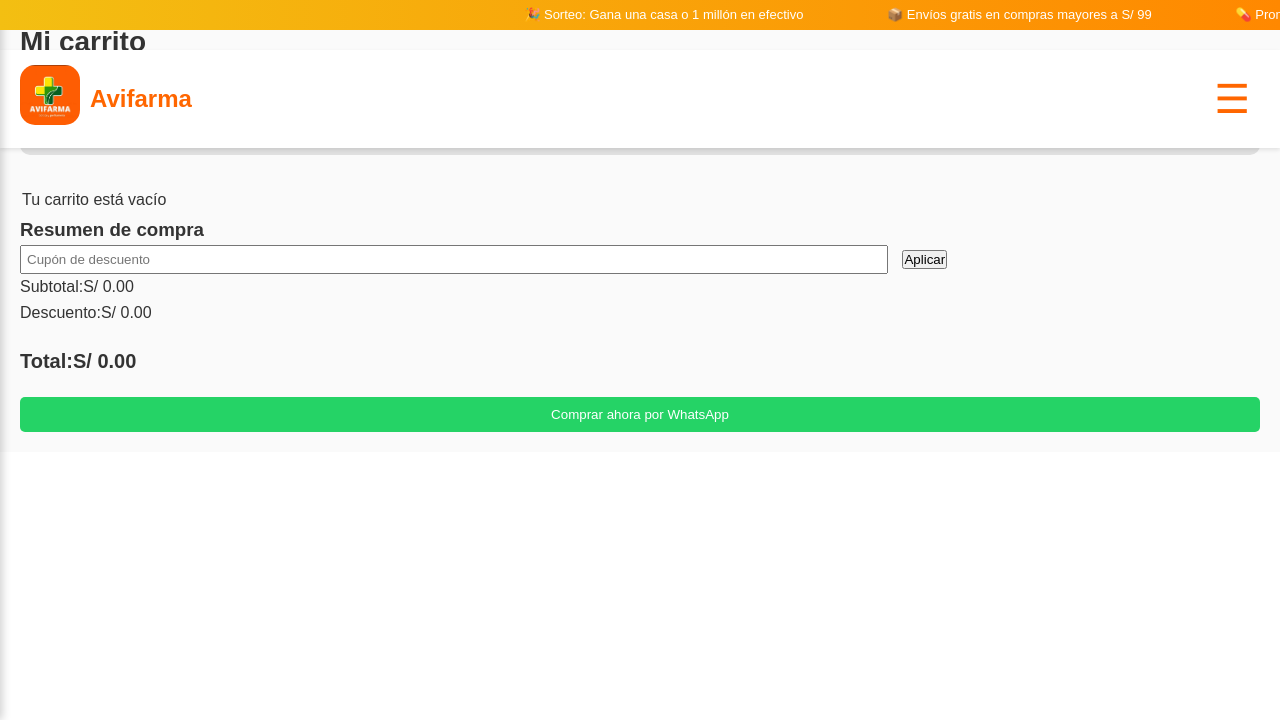
Repository: AVH75/avifarma-tienda
Page: carrito.html
These files come from the project's save history. The page is drawn as it stood at one moment and after the next save; the edit follows.
The browser window is 1280 px wide. The pictures show the whole page.

Above is the page before, as saved 2025-09-11 05:32:39.
Console error: TypeError: Cannot read properties of null (reading 'classList')

### carrito.html
<!DOCTYPE html>
<html lang="es">
<head>
  <meta charset="UTF-8"> <!-- Define la codificación de caracteres como UTF-8, para soportar caracteres especiales -->
  <meta name="viewport" content="width=device-width, initial-scale=1.0"> <!-- Hace que la página sea responsiva -->
  <title>Carrito - Avifarma</title> <!-- Título de la página, que se muestra en la pestaña del navegador -->

  <!-- Estilos -->
  <link rel="stylesheet" href="css/style.css?v=1.7">   <!-- Estilos generales para la página -->
  <link rel="stylesheet" href="css/carrito.css?v=1.7">   <!-- Estilos específicos para la página del carrito -->
</head>
<body class="carrito-page"> <!-- La clase "carrito-page" se aplica aquí para aplicar estilos específicos solo en el carrito -->

  <!-- Barra de promociones fija -->
  <div class="promo-bar">
    <div class="marquee"> <!-- Utiliza el efecto de desplazamiento para las promociones -->
      <span>🎉 Sorteo: Gana una casa o 1 millón en efectivo</span>
      <span>📦 Envíos gratis en compras mayores a S/ 99</span>
      <span>💊 Promoción válida hasta el 14 de septiembre</span>
    </div>
  </div>

  <!-- Encabezado (header) con logo y menú -->
  <header class="header sticky" role="banner">
    <div class="main-header">
      <!-- Logo de la tienda -->
      <div class="logo">
        <a href="index.html">
          <img src="img/logo/logo.jpeg" alt="Avifarma Logo" width="50" height="50" loading="lazy"> <!-- Logo -->
        </a>
        <h1>Avifarma</h1> <!-- Nombre de la tienda -->
      </div>
      <!-- Menú de navegación -->
      <button class="menu-toggle" id="menu-toggle" aria-label="Abrir menú de navegación" aria-controls="nav" aria-expanded="false">
        ☰ <!-- Ícono del menú hamburguesa (aparece en móviles) -->
      </button>
      <nav id="nav" class="nav" role="navigation">
        <ul>
          <li><a href="index.html">Inicio</a></li>
          <li><a href="catalogo.html">Catálogo</a></li>
          <li><a href="servicios.html">Servicios</a></li>
          <li><a href="contacto.html">Contacto</a></li>
        </ul>
      </nav>
      <!-- Overlay del menú (aparece cuando el menú está abierto) -->
      <div id="overlay-menu" class="overlay"></div>
    </div>
  </header>

  <!-- Sección principal del carrito -->
  <section class="carrito-container">
    <h2>Mi carrito</h2> <!-- Título de la página del carrito -->

    <!-- Barra de progreso para el envío gratis -->
    <div class="progress-bar">
      <span>Agrega S/ 65.00 en productos y obtén envío gratis</span>
      <div class="progress">
        <div class="progress-fill" id="barra-progreso" style="width: 0%"></div> <!-- Barra de progreso que cambia con el total del carrito -->
      </div>
    </div>

    <!-- Tabla donde se mostrarán los productos del carrito -->
    <table id="tabla-carrito">
      <thead>
        <!-- Los encabezados de la tabla serán generados dinámicamente con JavaScript -->
      </thead>
      <tbody id="carrito-items">
        <!-- Aquí se agregarán los productos desde JavaScript -->
      </tbody>
    </table>

    <!-- Resumen de la compra -->
    <div class="resumen">
      <h3>Resumen de compra</h3>
      <input type="text" id="descuento" placeholder="Cupón de descuento"> <!-- Campo para ingresar un cupón de descuento -->
      <button id="aplicar-cupon">Aplicar</button> <!-- Botón para aplicar el cupón -->
      <div class="linea">
        <span>Subtotal:</span><span id="subtotal">S/ 0.00</span> <!-- Muestra el subtotal del carrito -->
      </div>
      <div class="linea">
        <span>Descuento:</span><span id="descuento-valor">S/ 0.00</span> <!-- Muestra el descuento aplicado -->
      </div>
      <div class="total">
        <span>Total:</span><span id="total">S/ 0.00</span> <!-- Muestra el total final -->
      </div>
      <div>
        <button id="btn-whatsapp" class="btn-pagar">Comprar ahora por WhatsApp</button> <!-- Botón para realizar la compra a través de WhatsApp -->
      </div>
    </div>
  </section>

  <!-- Mensaje emergente (Toast) que muestra el estado de los productos en el carrito -->
  <div id="mensajeCarrito" class="mensaje-toast"></div>

  <!-- Scripts -->
  <script src="js/carrito.js?v=1.7" defer></script> <!-- JavaScript para manejar el carrito -->
  <script src="js/menu.js?v=1.7" defer></script> <!-- JavaScript para manejar el menú -->

</body>
</html>

### css/carrito.css
/* ========================================
   Reset de estilos generales
   ======================================== */
* {
    margin: 0;
    padding: 0;
    box-sizing: border-box;
}

body {
    font-family: Arial, sans-serif;
    background-color: #fff;
    color: #333;
}

.carrito-page {
    display: flex;
    flex-direction: column;
    height: 100vh;
}

/* ========================================
   Estilos para el Header
   ======================================== */

/* Franja superior */
.promo-bar {
    background-color: #FF6600;
    color: white;
    text-align: center;
    padding: 10px 0;
}

.top-bar {
    background-color: #f06305;
    padding: 10px 20px;
    text-align: right;
    font-size: 14px;
}

.top-bar a {
    color: #FF6600;
    text-decoration: none;
    font-weight: bold;
}

/* ========================================
   Estilos para el menú lateral
   ======================================== */

/* Menú lateral visible en pantallas grandes */
#nav {
    position: fixed;
    top: 0;
    left: -250px;
    width: 250px;
    height: 100vh;
    background-color: #FF6600;
    box-shadow: 2px 0 10px rgba(0, 0, 0, 0.2);
    transition: left 0.3s ease-in-out;
    z-index: 1000;
}

#nav ul {
    display: flex;
    list-style-type: none;
    flex-direction: column;
    padding: 0;
}

#nav ul li {
    margin-bottom: 20px;
}

#nav ul li a {
    text-decoration: none;
    color: #333;
    font-size: 18px;
    font-weight: bold;
    padding: 15px 20px;
    display: block;
}

#nav ul li a:hover {
    background-color: #FF6600;
    color: white;
    border-radius: 5px;
}

/* Menú móvil */
.overlay {
    position: fixed;
    top: 0;
    left: 0;
    width: 100%;
    height: 100%;
    background-color: rgba(0, 0, 0, 0.4);
    display: none;
    z-index: 1000;
}

#nav.activo {
    left: 0;
}

/* ========================================
   Barra de progreso
   ======================================== */
.progress-bar {
    background-color: #e0e0e0;
    border-radius: 10px;
    padding: 10px;
    margin-bottom: 30px;
}

.progress-bar span {
    font-size: 14px;
    margin-bottom: 5px;
}

.progress {
    background-color: #FF6600;
    height: 15px;
    border-radius: 5px;
    margin-top: 10px;
}

.progress-fill {
    background-color: #fff;
    height: 100%;
    width: 0%;
    border-radius: 5px;
}

/* ========================================
   Estilo para el carrito
   ======================================== */
.carrito-container {
    display: flex;
    flex-direction: column;
    padding: 20px;
    background-color: #fafafa;
}

h2 {
    font-size: 28px;
    margin-bottom: 20px;
}

.carrito-layout {
    display: flex;
    justify-content: space-between;
    gap: 30px;
}

/* Carrito de productos */
.carrito-items {
    flex: 1;
    max-height: 400px;
    overflow-y: auto;
}

/* Producto */
.producto {
    display: flex;
    align-items: center;
    margin-bottom: 20px;
    border-bottom: 1px solid #ddd;
    padding-bottom: 20px;
    gap: 20px;
}

.producto img {
    width: 120px;
    height: 120px;
    margin-right: 20px;
    object-fit: contain;
}

.descripcion p {
    margin: 0;
    font-size: 14px;
    color: #555;
}

.cantidad {
    display: flex;
    align-items: center;
    gap: 10px;
}

.cantidad button {
    background-color: #FF6600;
    color: white;
    border: none;
    padding: 5px 10px;
    cursor: pointer;
}

.cantidad input {
    width: 60px;
    text-align: center;
    margin: 0 10px;
}

.precio {
    margin-left: auto;
    font-size: 18px;
    font-weight: bold;
}

.eliminar {
    background-color: red;
    color: white;
    border: none;
    padding: 5px 10px;
    cursor: pointer;
    margin-left: 20px;
}

.eliminar:hover {
    background-color: #cc0000;
}

/* Resumen de compra */
.resumen-compra {
    background-color: #fff;
    padding: 20px;
    border-radius: 10px;
    width: 320px;
    box-shadow: 0 0 10px rgba(0, 0, 0, 0.1);
}

.resumen-compra h3 {
    margin-bottom: 20px;
    font-size: 24px;
}

.resumen-compra div {
    display: flex;
    justify-content: space-between;
    margin: 10px 0;
    font-size: 16px;
}

.total {
    font-size: 20px;
    font-weight: bold;
    margin-top: 20px;
}

#btn-whatsapp {
    background-color: #25D366;
    color: white;
    border: none;
    padding: 10px 20px;
    width: 100%;
    cursor: pointer;
    margin-top: 20px;
    border-radius: 5px;
}

#btn-whatsapp:hover {
    background-color: #128C7E;
}

#descuento {
    padding: 5px;
    width: 70%;
    margin-right: 10px;
}

.btn-aplicar {
    background-color: #FF6600;
    color: white;
    border: none;
    padding: 6px 12px;
    cursor: pointer;
}

.btn-aplicar:hover {
    background-color: #cc5200;
}

/* ========================================
   Estilos Responsivos (Pantallas pequeñas)
   ======================================== */

/* Para dispositivos móviles y pantallas más pequeñas */
@media (max-width: 768px) {

    /* Menú lateral */
    #nav {
        left: -250px;
        width: 100%;
        top: 0;
        z-index: 9999;
    }

    /* Menú hamburguesa */
    .menu-toggle {
        display: block;
    }

    #nav.activo {
        left: 0;
    }

    #nav ul {
        flex-direction: column;
        padding: 0;
    }

    .buscador-container,
    .acciones-header {
        display: none;
    }

    .logo-menu-container {
        display: flex;
        justify-content: space-between;
        align-items: center;
        width: 100%;
    }

    /* Barra de progreso */
    .progress-bar {
        margin-bottom: 20px;
    }

    .progress-bar span {
        font-size: 12px;
    }

    .progress {
        height: 12px;
    }

    /* Ajustes en el layout del carrito */
    .carrito-layout {
        flex-direction: column;
    }

    .carrito-items {
        max-height: 300px;
        overflow-y: auto;
    }

    /* Ajuste de las tarjetas de productos */
    .producto {
        flex-direction: column;
        align-items: center;
        padding: 10px;
        margin-bottom: 15px;
    }

    .producto img {
        width: 80px;
        height: 80px;
    }

    .producto-info {
        text-align: center;
        font-size: 12px;
    }

    table {
        width: 100%;
        margin-bottom: 20px;
    }

    th, td {
        padding: 10px;
        font-size: 14px;
    }

    .eliminar {
        width: 100%;
        padding: 10px;
        font-size: 16px;
    }

    .resumen-compra {
        width: 100%;
        padding: 15px;
        margin-top: 20px;
    }

    #btn-whatsapp {
        width: 100%;
        padding: 12px 20px;
    }

    #descuento {
        width: 100%;
        margin-right: 0;
        margin-bottom: 10px;
    }

    .btn-aplicar {
        width: 100%;
    }

    /* Ajustes en el layout de la tabla */
    .producto .acciones {
        flex-direction: column;
        align-items: center;
        gap: 5px;
    }

    .cantidad button, .eliminar {
        width: 40px;
        height: 40px;
        font-size: 14px;
    }

    .total {
        font-size: 16px;
    }
}

/* Para dispositivos móviles (pantallas más pequeñas) */
@media (max-width: 480px) {

    .header {
        padding: 10px;
    }

    .logo h1 {
        font-size: 20px;
    }

    .top-bar {
        text-align: left;
        font-size: 12px;
    }

    .top-bar a {
        font-size: 14px;
    }

    .promo-bar {
        font-size: 12px;
    }

    /* Ajuste de las tarjetas de productos */
    .producto img {
        width: 60px;
        height: 60px;
    }

    .producto-info {
        font-size: 12px;
    }

    .precio {
        font-size: 16px;
    }

    .eliminar {
        padding: 8px;
    }

    /* Resumen de compra */
    .resumen-compra {
        width: 100%;
        padding: 15px;
    }

    .total {
        font-size: 18px;
        font-weight: bold;
    }

    .carrito-footer p {
        font-size: 14px;
    }

    .cart-buttons {
        display: flex;
        flex-direction: column;
        gap: 10px;
    }

    #ir-a-pagar, #ver-carrito {
        width: 100%;
        padding: 12px;
        font-size: 16px;
    }

    .linea {
        font-size: 14px;
    }

    .carrito-footer {
        margin-top: 20px;
    }
}

Loaded but not shown: productos.json (51 lines, source omitted); js/carrito.js (305 lines, source omitted); js/menu.js (54 lines, source omitted); css/style.css (1775 lines, source omitted)

After the next save:
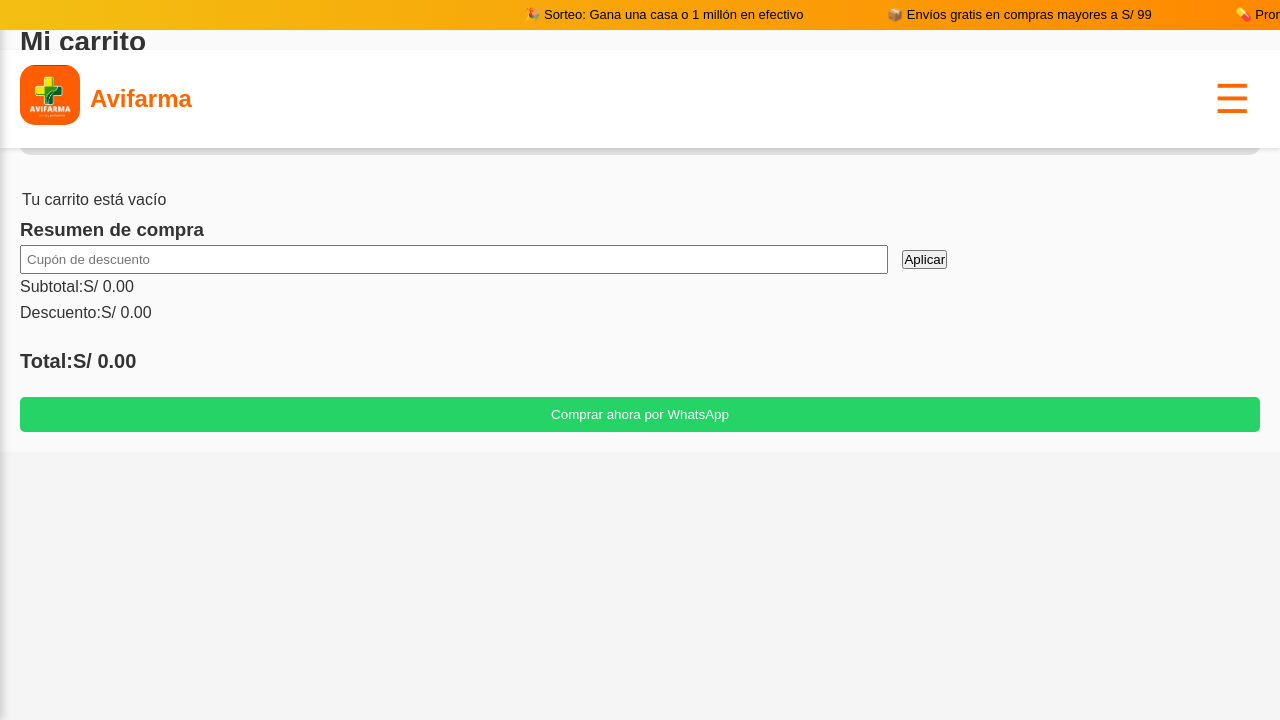
Saved 5 min 5 s later.
--- a/css/carrito.css
+++ b/css/carrito.css
@@ -1,48 +1,3 @@
-/* ========================================
-   Reset de estilos generales
-   ======================================== */
-* {
-    margin: 0;
-    padding: 0;
-    box-sizing: border-box;
-}
-
-body {
-    font-family: Arial, sans-serif;
-    background-color: #fff;
-    color: #333;
-}
-
-.carrito-page {
-    display: flex;
-    flex-direction: column;
-    height: 100vh;
-}
-
-/* ========================================
-   Estilos para el Header
-   ======================================== */
-
-/* Franja superior */
-.promo-bar {
-    background-color: #FF6600;
-    color: white;
-    text-align: center;
-    padding: 10px 0;
-}
-
-.top-bar {
-    background-color: #f06305;
-    padding: 10px 20px;
-    text-align: right;
-    font-size: 14px;
-}
-
-.top-bar a {
-    color: #FF6600;
-    text-decoration: none;
-    font-weight: bold;
-}
 
 /* ========================================
    Estilos para el menú lateral

After the save that followed:
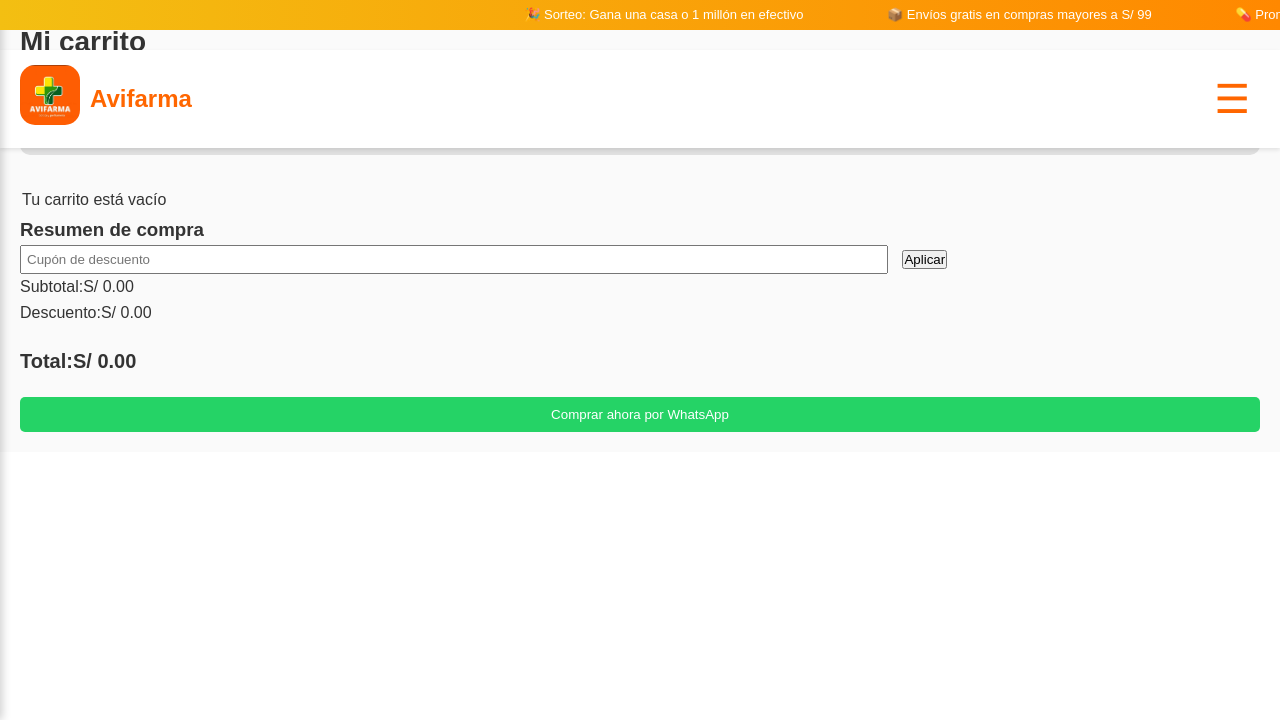
Saved 13 s later.
--- a/css/carrito.css
+++ b/css/carrito.css
@@ -1,3 +1,48 @@
+/* ========================================
+   Reset de estilos generales
+   ======================================== */
+* {
+    margin: 0;
+    padding: 0;
+    box-sizing: border-box;
+}
+
+body {
+    font-family: Arial, sans-serif;
+    background-color: #fff;
+    color: #333;
+}
+
+.carrito-page {
+    display: flex;
+    flex-direction: column;
+    height: 100vh;
+}
+
+/* ========================================
+   Estilos para el Header
+   ======================================== */
+
+/* Franja superior */
+.promo-bar {
+    background-color: #FF6600;
+    color: white;
+    text-align: center;
+    padding: 10px 0;
+}
+
+.top-bar {
+    background-color: #f06305;
+    padding: 10px 20px;
+    text-align: right;
+    font-size: 14px;
+}
+
+.top-bar a {
+    color: #FF6600;
+    text-decoration: none;
+    font-weight: bold;
+}
 
 /* ========================================
    Estilos para el menú lateral
